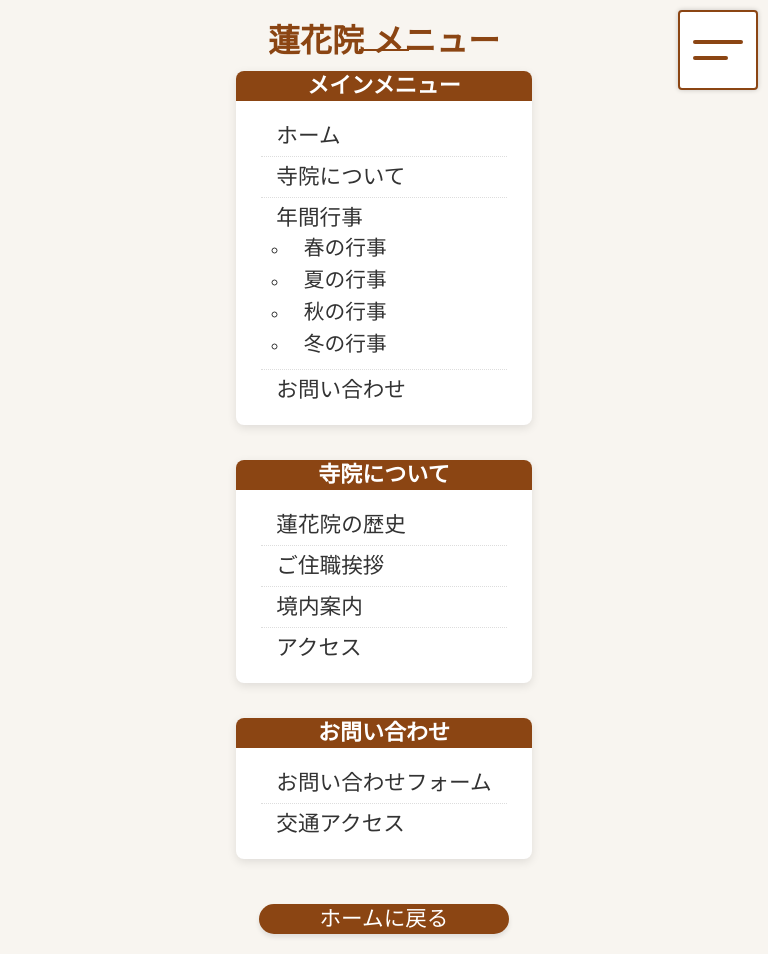
Repository: owl-onoueip/rengein-website
Page: menu.html
The author's editor kept a copy of each file at every save. The page is drawn from the files as they stood at one save, then again after the next save.
The browser window is 768 px wide. The pictures show the whole page.
Some web fonts or font styles are not loaded; a fallback is used.

Above is the page before, as saved 2025-03-10 09:01:03.

### menu.html
<!DOCTYPE html>
<html lang="ja">

<head>
    <meta charset="UTF-8">
    <meta name="viewport" content="width=device-width, initial-scale=1.0">
    <title>メニュー - 蓮花院</title>
    <link rel="stylesheet" href="css/style.css">
    <style>
        body {
            font-family: "ヒラギノ明朝 Pro W3", "Hiragino Mincho Pro", "游明朝", YuMincho, "MS P明朝", "MS PMincho", serif;
            margin: 0;
            padding: 0;
            background-color: #f8f5f0;
            color: #333;
            min-height: 100vh;
            display: flex;
            flex-direction: column;
            justify-content: center;
            font-size: 16px;
            /* 基本フォントサイズを設定 */
        }

        .menu-container {
            max-width: 1200px;
            margin: 0 auto;
            padding: 20px;
        }

        h1 {
            text-align: center;
            color: #8b4513;
            margin-bottom: 30px;
            font-size: 28px;
            position: relative;
        }

        h1:after {
            content: "";
            display: block;
            width: 50px;
            height: 2px;
            background-color: #8b4513;
            position: absolute;
            bottom: -10px;
            left: 50%;
            transform: translateX(-50%);
        }

        .menu-grid {
            display: grid;
            grid-template-columns: repeat(auto-fit, minmax(300px, 1fr));
            gap: 20px;
            margin-bottom: 30px;
        }

        .menu-card {
            background: #fff;
            border-radius: 8px;
            box-shadow: 0 3px 10px rgba(0, 0, 0, 0.1);
            overflow: hidden;
            transition: transform 0.3s, box-shadow 0.3s;
        }

        .menu-card:hover {
            transform: translateY(-5px);
            box-shadow: 0 5px 15px rgba(0, 0, 0, 0.15);
        }

        .menu-header {
            background-color: #8b4513;
            color: #fff;
            padding: 15px;
            text-align: center;
        }

        .menu-header h2 {
            margin: 0;
            font-size: 20px;
        }

        .menu-content {
            padding: 20px;
        }

        .menu-list {
            list-style: none;
            padding: 0;
            margin: 0;
        }

        .menu-list li {
            margin-bottom: 10px;
            border-bottom: 1px dotted #ddd;
            padding-bottom: 10px;
        }

        .menu-list li:last-child {
            margin-bottom: 0;
            border-bottom: none;
            padding-bottom: 0;
        }

        .menu-list a {
            display: block;
            color: #333;
            text-decoration: none;
            padding: 5px 10px;
            border-radius: 3px;
            transition: all 0.3s;
            position: relative;
            font-size: 1.1em;
            /* メニューリンクのフォントサイズを大きく */
        }

        .menu-list a:after {
            content: "›";
            position: absolute;
            right: 10px;
            opacity: 0;
            transition: opacity 0.3s, transform 0.3s;
        }

        .menu-list a:hover {
            background-color: rgba(255, 223, 0, 0.2);
            padding-left: 15px;
        }

        .menu-list a:hover:after {
            opacity: 1;
            transform: translateX(5px);
        }

        .sub-menu {
            padding-left: 20px;
            margin-top: 10px;
        }

        .sub-menu li {
            margin-bottom: 12px;
            border-bottom: none;
            padding-bottom: 0;
        }

        .sub-menu a {
            font-size: 1.05em;
            /* サブメニューのフォントサイズも大きく */
            padding: 8px 10px;
            /* タップ領域を広げる */
        }

        .back-button {
            display: block;
            text-align: center;
            width: 200px;
            margin: 0 auto;
            background-color: #8b4513;
            color: #fff;
            padding: 12px 20px;
            border-radius: 30px;
            text-decoration: none;
            transition: all 0.3s;
            box-shadow: 0 3px 5px rgba(0, 0, 0, 0.1);
            font-size: 1.1em;
            /* 戻るボタンのフォントサイズも大きく */
        }

        .back-button:hover {
            background-color: #6d3611;
            transform: translateY(-2px);
            box-shadow: 0 5px 10px rgba(0, 0, 0, 0.15);
        }

        /* メニューボタンのスタイル */
        #menubar_hdr {
            display: block !important;
            position: fixed !important;
            z-index: 9999 !important;
            top: 10px !important;
            right: 10px !important;
            width: 80px !important;
            height: 80px !important;
            background: #fff !important;
            border: 2px solid #8b4513 !important;
            border-radius: 4px !important;
            box-shadow: 0 0 5px rgba(0, 0, 0, 0.2) !important;
            cursor: pointer !important;
            transition: all 0.3s ease !important;
        }

        #menubar_hdr:hover {
            background-color: rgba(139, 69, 19, 0.1) !important;
            transform: translateY(-3px) !important;
            box-shadow: 0 5px 10px rgba(0, 0, 0, 0.2) !important;
        }

        .menu-icon {
            width: 50px !important;
            height: 50px !important;
            position: absolute !important;
            top: 50% !important;
            left: 50% !important;
            transform: translate(-50%, -50%) !important;
        }

        .menu-icon span {
            display: block !important;
            position: absolute !important;
            width: 100% !important;
            height: 4px !important;
            background-color: #8b4513 !important;
            border-radius: 4px !important;
            transition: all 0.3s ease !important;
        }

        .menu-icon span:nth-child(1) {
            top: 15px !important;
        }

        .menu-icon span:nth-child(2) {
            width: 70% !important;
            bottom: 15px !important;
        }

        #menubar_hdr:hover .menu-icon span:nth-child(2) {
            width: 100% !important;
        }

        /* レスポンシブ対応 */
        @media (max-width: 768px) {
            body {
                font-size: 18px;
                /* スマホ表示時はさらに大きく */
            }

            h1 {
                font-size: 32px;
                /* タイトルも大きく */
            }

            .menu-header h2 {
                font-size: 22px;
                /* カードヘッダーも大きく */
            }

            .menu-grid {
                grid-template-columns: 1fr;
            }

            .menu-card {
                margin-bottom: 15px;
            }

            .menu-list a {
                padding: 10px 15px;
                /* タップ領域をさらに広げる */
                font-size: 1.2em;
            }

            .sub-menu a {
                padding: 10px 15px;
                font-size: 1.15em;
            }

            .menu-content {
                padding: 25px;
                /* コンテンツ全体のパディングも増やす */
            }

            .back-button {
                width: 250px;
                /* ボタンを大きく */
                padding: 15px 20px;
                font-size: 1.2em;
                margin-top: 20px;
            }
        }
    </style>
</head>

<body>
    <div class="menu-container">
        <h1>蓮花院 メニュー</h1>

        <div class="menu-grid">
            <div class="menu-card">
                <div class="menu-header">
                    <h2>メインメニュー</h2>
                </div>
                <div class="menu-content">
                    <ul class="menu-list">
                        <li><a href="index.html">ホーム</a></li>
                        <li><a href="about.html">寺院について</a></li>
                        <li>
                            <a href="events.html">年間行事</a>
                            <ul class="sub-menu">
                                <li><a href="events.html#spring">春の行事</a></li>
                                <li><a href="events.html#summer">夏の行事</a></li>
                                <li><a href="events.html#autumn">秋の行事</a></li>
                                <li><a href="events.html#winter">冬の行事</a></li>
                            </ul>
                        </li>
                        <li><a href="contact.html">お問い合わせ</a></li>
                    </ul>
                </div>
            </div>

            <div class="menu-card">
                <div class="menu-header">
                    <h2>寺院について</h2>
                </div>
                <div class="menu-content">
                    <ul class="menu-list">
                        <li><a href="about.html#history">蓮花院の歴史</a></li>
                        <li><a href="about.html#message">ご住職挨拶</a></li>
                        <li><a href="about.html#temple-grounds">境内案内</a></li>
                        <li><a href="about.html#access">アクセス</a></li>
                    </ul>
                </div>
            </div>

            <div class="menu-card">
                <div class="menu-header">
                    <h2>お問い合わせ</h2>
                </div>
                <div class="menu-content">
                    <ul class="menu-list">
                        <li><a href="contact.html#form">お問い合わせフォーム</a></li>
                        <li><a href="contact.html#access">交通アクセス</a></li>
                    </ul>
                </div>
            </div>
        </div>

        <a href="index.html" class="back-button">ホームに戻る</a>
    </div>

    <!--ハンバーガーメニュー-->
    <a href="index.html">
        <div id="menubar_hdr">
            <div class="menu-icon">
                <span></span>
                <span></span>
            </div>
        </div>
    </a>

    <script src="https://ajax.googleapis.com/ajax/libs/jquery/3.6.0/jquery.min.js"></script>
    <script src="js/main.js"></script>
</body>

</html>

### css/inview.css
@charset "utf-8";



/*up,down,transform1,transform2の共通設定
（待機中の設定）
---------------------------------------------------------------------------*/
.up, .down, .transform1, .transform2 {
	position: relative;
	opacity: 0;		/*透明度（透明の状態）*/
}


/*up,down,transform1,transform2の共通設定
（要素が見えたら実行するアクションの設定）
---------------------------------------------------------------------------*/
.upstyle, .downstyle, .transform1style, .transform2style {
	opacity: 1;				/*透明度（色が100%出た状態）*/
	transition: 1s 0.5s;	/*1sはアニメーションの実行時間1.5秒。0.5sは0.5秒遅れてスタートする指定。*/
}


/*upスタイル。下から上にフェードインしてくるスタイル
---------------------------------------------------------------------------*/
/*待機中の設定*/
.up {
	bottom: -20px;	/*基準値の下20pxの場所からスタート*/
}

/*要素が見えたら実行するアクション*/
.upstyle {
	bottom: 0px;	/*基準値まで戻す*/
}


/*downスタイル。上から下にフェードインしてくるスタイル
---------------------------------------------------------------------------*/
/*待機中の設定*/
.down {
	top: -20px;	/*基準値の上20pxの場所からスタート*/
}

/*要素が見えたら実行するアクション*/
.downstyle {
	top: 0px;	/*基準値まで戻す*/
}


/*transform1スタイル。その場で回転するスタイル
---------------------------------------------------------------------------*/
/*待機中の設定*/
.transform1 {
	transform: scaleX(0);	/*幅を0%でスタート*/
}

/*要素が見えたら実行するアクション*/
.transform1style {
	transform: scaleX(1);	/*幅を100%に戻す*/
}


/*transform2スタイル。倒れた状態から起き上がるスタイル
---------------------------------------------------------------------------*/
/*待機中の設定*/
.transform2 {
	transform: perspective(400px) translateZ(-70px) rotateX(50deg);
}

/*要素が見えたら実行するアクション*/
.transform2style {
	transform: perspective(400px) translateZ(0px) rotateX(0deg);
}


/*blurスタイル。ぼかしで出現するスタイル。
---------------------------------------------------------------------------*/
/*待機中の設定*/
.blur {
	opacity: 0;	/*透明度（透明の状態）*/
	filter: blur(30px);
	transform: scale(1.03);
}

/*要素が見えたら実行するアクション*/
.blurstyle {
	opacity: 1;
	filter: blur(0);
	transform: scale(1);
	transition: 1s 0.5s;
}


/*transform3スタイル。小さなサイズから原寸大になるスタイル
---------------------------------------------------------------------------*/
/*キーフレーム（アニメーション）設定*/
@keyframes transform3 {
0% {
	transform: scale(0);
}
50% {
	transform: scale(1.05);
}
70% {
	transform: scale(0.99);
}
100% {
	transform: scale(1);
}
}

/*待機中の設定*/
.transform3 {
	transform: scale(0);
}

/*要素が見えたら実行するアクション*/
.transform3style {
	animation: transform3 0.8s ease-out 0.5s both;
}

Loaded but not shown: js/main.js (54 lines, source omitted); css/style.css (1465 lines, source omitted)

After the next save:
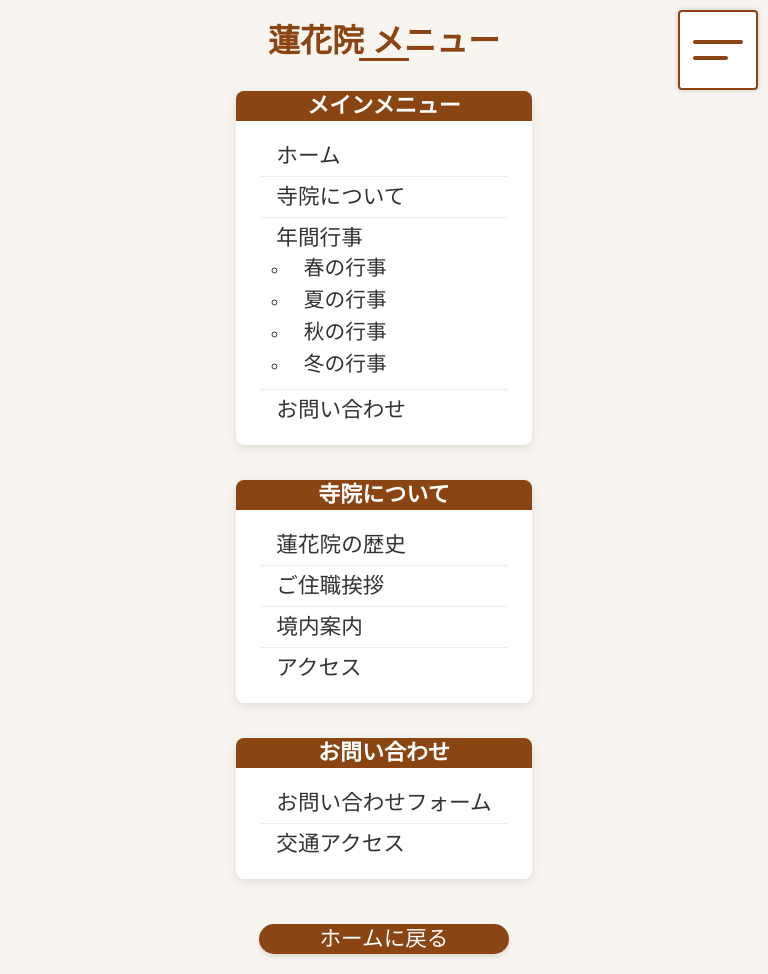
Saved 2 min 56 s later.
--- a/menu.html
+++ b/menu.html
@@ -30,7 +30,7 @@
         h1 {
             text-align: center;
             color: #8b4513;
-            margin-bottom: 30px;
+            margin-bottom: 40px;
             font-size: 28px;
             position: relative;
         }
@@ -42,7 +42,7 @@
             height: 2px;
             background-color: #8b4513;
             position: absolute;
-            bottom: -10px;
+            bottom: -15px;
             left: 50%;
             transform: translateX(-50%);
         }
@@ -236,6 +236,12 @@
             h1 {
                 font-size: 32px;
                 /* タイトルも大きく */
+                margin-bottom: 50px;
+            }
+
+            h1:after {
+                bottom: -20px;
+                height: 3px;
             }
 
             .menu-header h2 {
